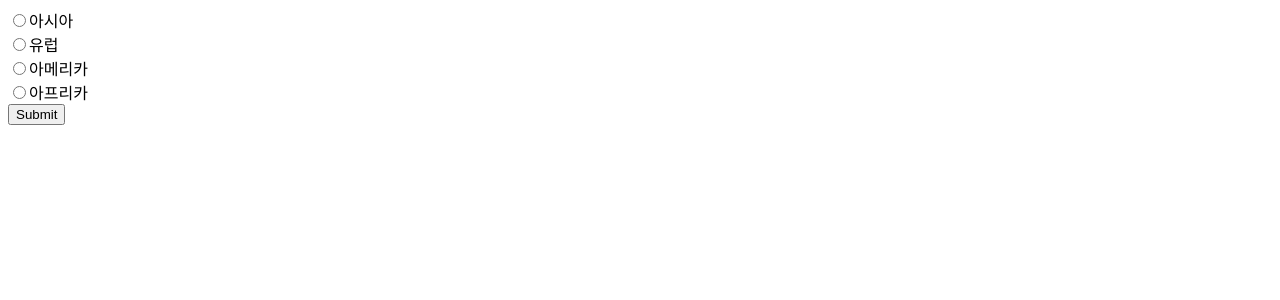
Repository: eun-chongzzz/jsp_practice
Page: http://localhost/JSPBasic/jspObject/2.response/travel_main.jsp
These files come from the project's save history. The page is drawn as it stood at one moment and after the next save; the edit follows.
The browser window is 1280 px wide. The pictures show the whole page.
The page is served by Tomcat 9.

Above is the page before, as saved 2022-02-04 03:42:31.

After the next save:
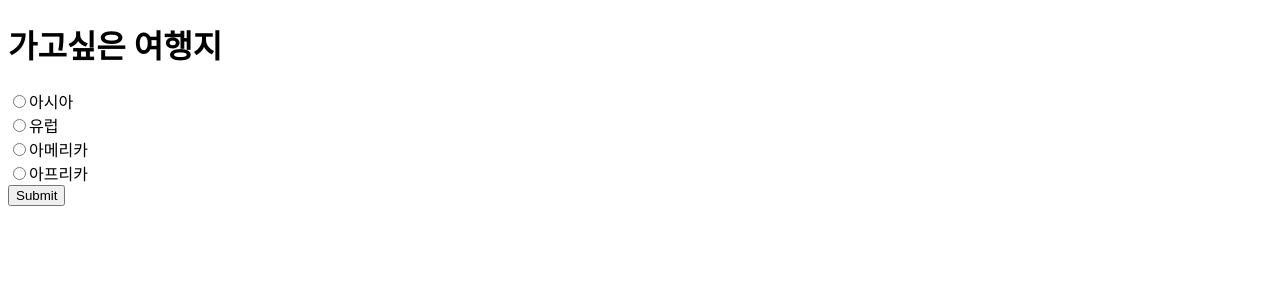
Saved 20 s later.
--- a/JSPBasic/src/main/webapp/jspObject/2.response/travel_main.jsp
+++ b/JSPBasic/src/main/webapp/jspObject/2.response/travel_main.jsp
@@ -15,6 +15,7 @@
 
 		submit버튼도 하나 만들어주세요.
 	 --%>
+	 <h1>가고싶은 여행지</h1>
 	 <form action="travel_check.jsp" method="post">
 	 	<input type="radio" name="trip" value="Asia">아시아&nbsp;<br>
 	 	<input type="radio" name="trip" value="Europe">유럽&nbsp;<br>
